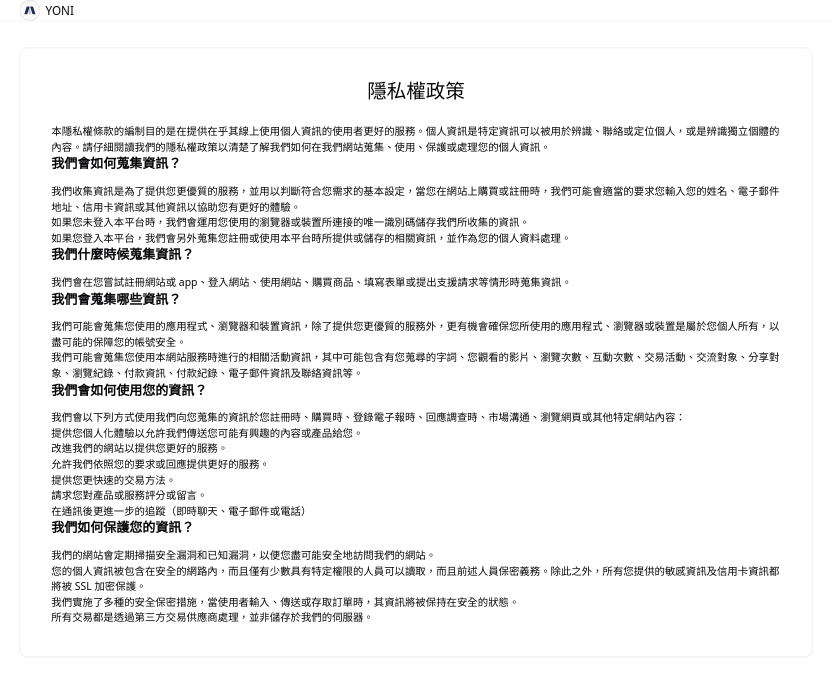
Repository: Jeffrey0117/yoni
Page: privacy.html
The author's editor kept a copy of each file at every save. The page is drawn from the files as they stood at one save, then again after the next save.
The browser window is 1280 px wide. The pictures show the whole page, at 65% of full size.

Above is the page before, as saved 2025-10-15 20:52:56.

### privacy.html

<!DOCTYPE html>
<html class="h-full" data-kt-theme="true" data-kt-theme-mode="light" dir="ltr" lang="zh-TW">
 <head><base href="../../../">
  <title>
   隱私權政策 - YONI
  </title>
  <meta charset="utf-8"/>
  <meta content="follow, index" name="robots"/>
  <meta content="width=device-width, initial-scale=1, shrink-to-fit=no" name="viewport"/>
  <meta content="YONI 隱私權政策" name="description"/>
  <link href="assets/media/app/apple-touch-icon.png" rel="apple-touch-icon" sizes="180x180"/>
  <link href="assets/media/app/favicon-32x32.png" rel="icon" sizes="32x32" type="image/png"/>
  <link href="assets/media/app/favicon-16x16.png" rel="icon" sizes="16x16" type="image/png"/>
  <link href="assets/media/app/favicon.ico" rel="shortcut icon"/>
  <link href="https://fonts.googleapis.com/css2?family=Inter:wght@400;500;600;700&display=swap" rel="stylesheet"/>
  <link href="assets/vendors/keenicons/styles.bundle.css" rel="stylesheet"/>
  <link href="assets/css/styles.css" rel="stylesheet"/>
 </head>
 <body class="antialiased flex h-full text-base text-foreground bg-background">
  <script>
   const defaultThemeMode = 'light';
			let themeMode;

			if (document.documentElement) {
				if (localStorage.getItem('kt-theme')) {
					themeMode = localStorage.getItem('kt-theme');
				} else if (
					document.documentElement.hasAttribute('data-kt-theme-mode')
				) {
					themeMode =
						document.documentElement.getAttribute('data-kt-theme-mode');
				} else {
					themeMode = defaultThemeMode;
				}

				if (themeMode === 'system') {
					themeMode = window.matchMedia('(prefers-color-scheme: dark)').matches
						? 'dark'
						: 'light';
				}

				document.documentElement.classList.add(themeMode);
			}
  </script>
  <div class="flex grow flex-col">
   <header class="flex items-center transition-[height] shrink-0 bg-background h-[78px] border-b border-border" id="header">
    <div class="kt-container-fixed flex lg:justify-between items-center gap-2.5">
     <div class="flex items-center gap-2">
      <a class="flex items-center shrink-0" href="home.html">
       <img class="dark:hidden w-8 shrink-0" src="assets/media/app/mini-logo-circle.svg"/>
       <img class="hidden dark:inline-block w-8 shrink-0" src="assets/media/app/mini-logo-circle-dark.svg"/>
      </a>
      <h3 class="text-mono text-lg font-medium">
       YONI
      </h3>
     </div>
    </div>
   </header>

   <main class="flex flex-col grow" id="content" role="content">
    <div class="kt-container-fixed py-10">
     <div class="max-w-4xl mx-auto">
      <div class="kt-card">
       <div class="kt-card-content p-8 lg:p-12">
        <h1 class="text-3xl font-bold text-mono mb-8 text-center">隱私權政策</h1>

        <div class="prose prose-sm max-w-none space-y-6 text-foreground">
         <p class="text-base leading-relaxed">
          本隱私權條款的編制目的是在提供在乎其線上使用個人資訊的使用者更好的服務。個人資訊是特定資訊可以被用於辨識、聯絡或定位個人，或是辨識獨立個體的內容。請仔細閱讀我們的隱私權政策以清楚了解我們如何在我們網站蒐集、使用、保護或處理您的個人資訊。
         </p>

         <h2 class="text-xl font-semibold text-mono mt-8 mb-4">我們會如何蒐集資訊？</h2>
         <p class="text-base leading-relaxed">
          我們收集資訊是為了提供您更優質的服務，並用以判斷符合您需求的基本設定，當您在網站上購買或註冊時，我們可能會適當的要求您輸入您的姓名、電子郵件地址、信用卡資訊或其他資訊以協助您有更好的體驗。
         </p>
         <p class="text-base leading-relaxed">
          如果您未登入本平台時，我們會運用您使用的瀏覽器或裝置所連接的唯一識別碼儲存我們所收集的資訊。
         </p>
         <p class="text-base leading-relaxed">
          如果您登入本平台，我們會另外蒐集您註冊或使用本平台時所提供或儲存的相關資訊，並作為您的個人資料處理。
         </p>

         <h2 class="text-xl font-semibold text-mono mt-8 mb-4">我們什麼時候蒐集資訊？</h2>
         <p class="text-base leading-relaxed">
          我們會在您嘗試註冊網站或 app、登入網站、使用網站、購買商品、填寫表單或提出支援請求等情形時蒐集資訊。
         </p>

         <h2 class="text-xl font-semibold text-mono mt-8 mb-4">我們會蒐集哪些資訊？</h2>
         <p class="text-base leading-relaxed">
          我們可能會蒐集您使用的應用程式、瀏覽器和裝置資訊，除了提供您更優質的服務外，更有機會確保您所使用的應用程式、瀏覽器或裝置是屬於您個人所有，以盡可能的保障您的帳號安全。
         </p>
         <p class="text-base leading-relaxed">
          我們可能會蒐集您使用本網站服務時進行的相關活動資訊，其中可能包含有您蒐尋的字詞、您觀看的影片、瀏覽次數、互動次數、交易活動、交流對象、分享對象、瀏覽紀錄、付款資訊、付款紀錄、電子郵件資訊及聯絡資訊等。
         </p>

         <h2 class="text-xl font-semibold text-mono mt-8 mb-4">我們會如何使用您的資訊？</h2>
         <p class="text-base leading-relaxed">
          我們會以下列方式使用我們向您蒐集的資訊於您註冊時、購買時、登錄電子報時、回應調查時、市場溝通、瀏覽網頁或其他特定網站內容：
         </p>
         <p class="text-base leading-relaxed">
          提供您個人化體驗以允許我們傳送您可能有興趣的內容或產品給您。
         </p>
         <p class="text-base leading-relaxed">
          改進我們的網站以提供您更好的服務。
         </p>
         <p class="text-base leading-relaxed">
          允許我們依照您的要求或回應提供更好的服務。
         </p>
         <p class="text-base leading-relaxed">
          提供您更快速的交易方法。
         </p>
         <p class="text-base leading-relaxed">
          請求您對產品或服務評分或留言。
         </p>
         <p class="text-base leading-relaxed">
          在通訊後更進一步的追蹤（即時聊天、電子郵件或電話）
         </p>

         <h2 class="text-xl font-semibold text-mono mt-8 mb-4">我們如何保護您的資訊？</h2>
         <p class="text-base leading-relaxed">
          我們的網站會定期掃描安全漏洞和已知漏洞，以便您盡可能安全地訪問我們的網站。
         </p>
         <p class="text-base leading-relaxed">
          您的個人資訊被包含在安全的網路內，而且僅有少數具有特定權限的人員可以讀取，而且前述人員保密義務。除此之外，所有您提供的敏感資訊及信用卡資訊都將被 SSL 加密保護。
         </p>
         <p class="text-base leading-relaxed">
          我們實施了多種的安全保密措施，當使用者輸入、傳送或存取訂單時，其資訊將被保持在安全的狀態。
         </p>
         <p class="text-base leading-relaxed">
          所有交易都是透過第三方交易供應商處理，並非儲存於我們的伺服器。
         </p>

Loaded but not shown: assets/vendors/keenicons/styles.bundle.css (library); assets/css/styles.css (library); assets/js/core.bundle.js (library); assets/vendors/ktui/ktui.min.js (library)

After the next save:
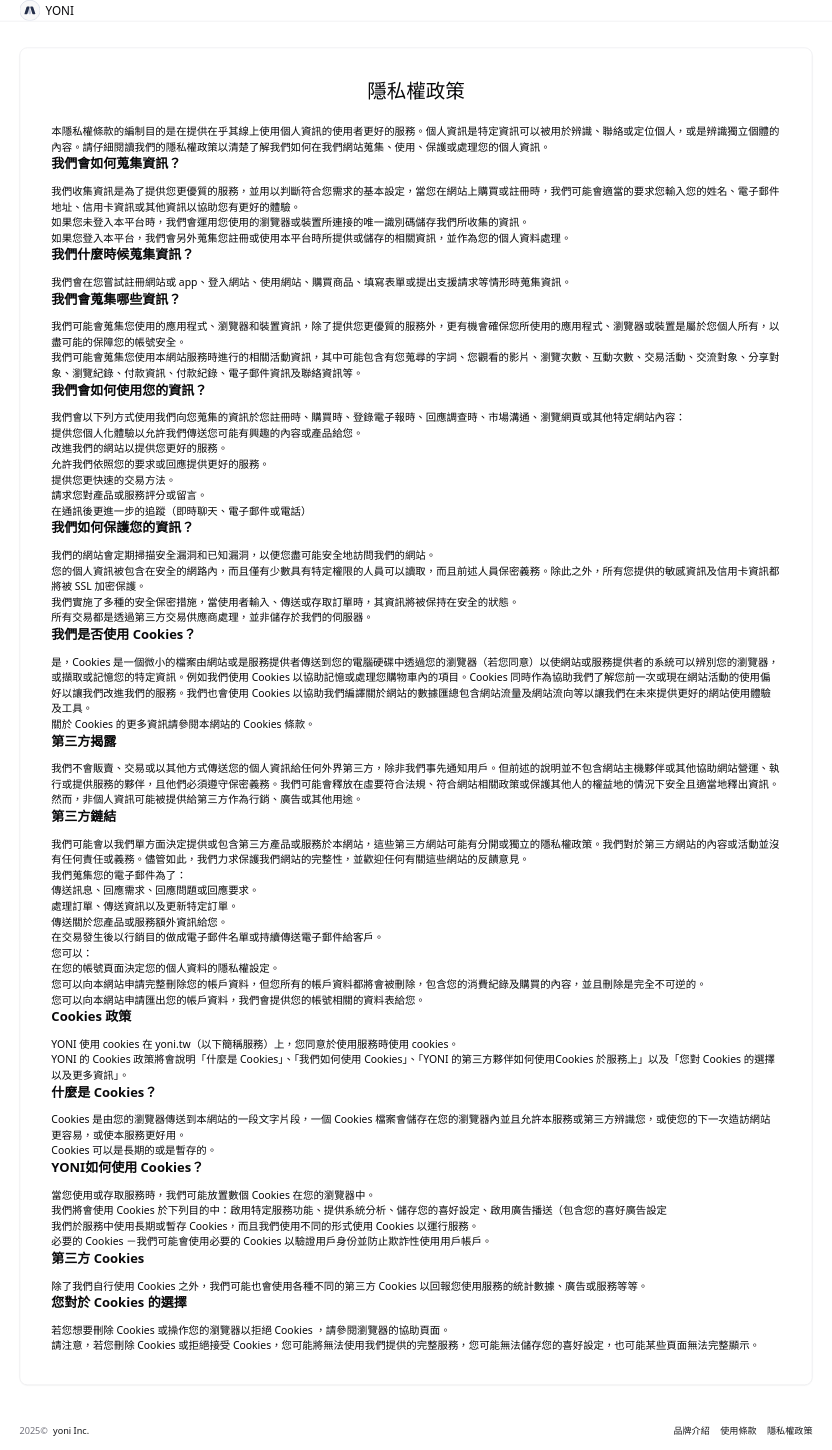
Saved 9 s later.
--- a/privacy.html
+++ b/privacy.html
@@ -1,4 +1,3 @@
-
 <!DOCTYPE html>
 <html class="h-full" data-kt-theme="true" data-kt-theme-mode="light" dir="ltr" lang="zh-TW">
  <head><base href="../../../">
@@ -130,3 +129,132 @@
          <p class="text-base leading-relaxed">
           所有交易都是透過第三方交易供應商處理，並非儲存於我們的伺服器。
          </p>
+
+         <h2 class="text-xl font-semibold text-mono mt-8 mb-4">我們是否使用 Cookies？</h2>
+         <p class="text-base leading-relaxed">
+          是，Cookies 是一個微小的檔案由網站或是服務提供者傳送到您的電腦硬碟中透過您的瀏覽器（若您同意）以使網站或服務提供者的系統可以辨別您的瀏覽器，或擷取或記憶您的特定資訊。例如我們使用 Cookies 以協助記憶或處理您購物車內的項目。Cookies 同時作為協助我們了解您前一次或現在網站活動的使用偏好以讓我們改進我們的服務。我們也會使用 Cookies 以協助我們編譯關於網站的數據匯總包含網站流量及網站流向等以讓我們在未來提供更好的網站使用體驗及工具。
+         </p>
+         <p class="text-base leading-relaxed">
+          關於 Cookies 的更多資訊請參閱本網站的 Cookies 條款。
+         </p>
+
+         <h2 class="text-xl font-semibold text-mono mt-8 mb-4">第三方揭露</h2>
+         <p class="text-base leading-relaxed">
+          我們不會販賣、交易或以其他方式傳送您的個人資訊給任何外界第三方，除非我們事先通知用戶。但前述的說明並不包含網站主機夥伴或其他協助網站營運、執行或提供服務的夥伴，且他們必須遵守保密義務。我們可能會釋放在虛要符合法規、符合網站相關政策或保護其他人的權益地的情況下安全且適當地釋出資訊。
+         </p>
+         <p class="text-base leading-relaxed">
+          然而，非個人資訊可能被提供給第三方作為行銷、廣告或其他用途。
+         </p>
+
+         <h2 class="text-xl font-semibold text-mono mt-8 mb-4">第三方鏈結</h2>
+         <p class="text-base leading-relaxed">
+          我們可能會以我們單方面決定提供或包含第三方產品或服務於本網站，這些第三方網站可能有分開或獨立的隱私權政策。我們對於第三方網站的內容或活動並沒有任何責任或義務。儘管如此，我們力求保護我們網站的完整性，並歡迎任何有關這些網站的反饋意見。
+         </p>
+         <p class="text-base leading-relaxed">
+          我們蒐集您的電子郵件為了：
+         </p>
+         <p class="text-base leading-relaxed">
+          傳送訊息、回應需求、回應問題或回應要求。
+         </p>
+         <p class="text-base leading-relaxed">
+          處理訂單、傳送資訊以及更新特定訂單。
+         </p>
+         <p class="text-base leading-relaxed">
+          傳送關於您產品或服務額外資訊給您。
+         </p>
+         <p class="text-base leading-relaxed">
+          在交易發生後以行銷目的做成電子郵件名單或持續傳送電子郵件給客戶。
+         </p>
+         <p class="text-base leading-relaxed">
+          您可以：
+         </p>
+         <p class="text-base leading-relaxed">
+          在您的帳號頁面決定您的個人資料的隱私權設定。
+         </p>
+         <p class="text-base leading-relaxed">
+          您可以向本網站申請完整刪除您的帳戶資料，但您所有的帳戶資料都將會被刪除，包含您的消費紀錄及購買的內容，並且刪除是完全不可逆的。
+         </p>
+         <p class="text-base leading-relaxed">
+          您可以向本網站申請匯出您的帳戶資料，我們會提供您的帳號相關的資料表給您。
+         </p>
+
+         <h2 class="text-xl font-semibold text-mono mt-8 mb-4">Cookies 政策</h2>
+         <p class="text-base leading-relaxed">
+          YONI 使用 cookies 在 yoni.tw（以下簡稱服務）上，您同意於使用服務時使用 cookies。
+         </p>
+         <p class="text-base leading-relaxed">
+          YONI 的 Cookies 政策將會說明「什麼是 Cookies」、「我們如何使用 Cookies」、「YONI 的第三方夥伴如何使用Cookies 於服務上」以及「您對 Cookies 的選擇以及更多資訊」。
+         </p>
+
+         <h2 class="text-xl font-semibold text-mono mt-8 mb-4">什麼是 Cookies？</h2>
+         <p class="text-base leading-relaxed">
+          Cookies 是由您的瀏覽器傳送到本網站的一段文字片段，一個 Cookies 檔案會儲存在您的瀏覽器內並且允許本服務或第三方辨識您，或使您的下一次造訪網站更容易，或使本服務更好用。
+         </p>
+         <p class="text-base leading-relaxed">
+          Cookies 可以是長期的或是暫存的。
+         </p>
+
+         <h2 class="text-xl font-semibold text-mono mt-8 mb-4">YONI如何使用 Cookies？</h2>
+         <p class="text-base leading-relaxed">
+          當您使用或存取服務時，我們可能放置數個 Cookies 在您的瀏覽器中。
+         </p>
+         <p class="text-base leading-relaxed">
+          我們將會使用 Cookies 於下列目的中：啟用特定服務功能、提供系統分析、儲存您的喜好設定、啟用廣告播送（包含您的喜好廣告設定
+         </p>
+         <p class="text-base leading-relaxed">
+          我們於服務中使用長期或暫存 Cookies，而且我們使用不同的形式使用 Cookies 以運行服務。
+         </p>
+         <p class="text-base leading-relaxed">
+          必要的 Cookies －我們可能會使用必要的 Cookies 以驗證用戶身份並防止欺詐性使用用戶帳戶。
+         </p>
+
+         <h2 class="text-xl font-semibold text-mono mt-8 mb-4">第三方 Cookies</h2>
+         <p class="text-base leading-relaxed">
+          除了我們自行使用 Cookies 之外，我們可能也會使用各種不同的第三方 Cookies 以回報您使用服務的統計數據、廣告或服務等等。
+         </p>
+
+         <h2 class="text-xl font-semibold text-mono mt-8 mb-4">您對於 Cookies 的選擇</h2>
+         <p class="text-base leading-relaxed">
+          若您想要刪除 Cookies 或操作您的瀏覽器以拒絕 Cookies ，請參閱瀏覽器的協助頁面。
+         </p>
+         <p class="text-base leading-relaxed">
+          請注意，若您刪除 Cookies 或拒絕接受 Cookies，您可能將無法使用我們提供的完整服務，您可能無法儲存您的喜好設定，也可能某些頁面無法完整顯示。
+         </p>
+        </div>
+       </div>
+      </div>
+     </div>
+    </div>
+
+    <footer class="footer mt-auto">
+     <div class="kt-container-fixed">
+      <div class="flex flex-col md:flex-row justify-center md:justify-between items-center gap-3 py-5">
+       <div class="flex order-2 md:order-1 gap-2 font-normal text-sm">
+        <span class="text-muted-foreground">
+         2025©
+        </span>
+        <a class="text-secondary-foreground hover:text-primary" href="https://www.yoni.tw">
+         yoni Inc.
+        </a>
+       </div>
+       <nav class="flex order-1 md:order-2 gap-4 font-normal text-sm text-secondary-foreground">
+        <a class="hover:text-primary" href="about.html">
+         品牌介紹
+        </a>
+        <a class="hover:text-primary" href="terms.html">
+         使用條款
+        </a>
+        <a class="hover:text-primary" href="privacy.html">
+         隱私權政策
+        </a>
+       </nav>
+      </div>
+     </div>
+    </footer>
+   </main>
+  </div>
+
+  <script src="assets/js/core.bundle.js"></script>
+  <script src="assets/vendors/ktui/ktui.min.js"></script>
+ </body>
+</html>
